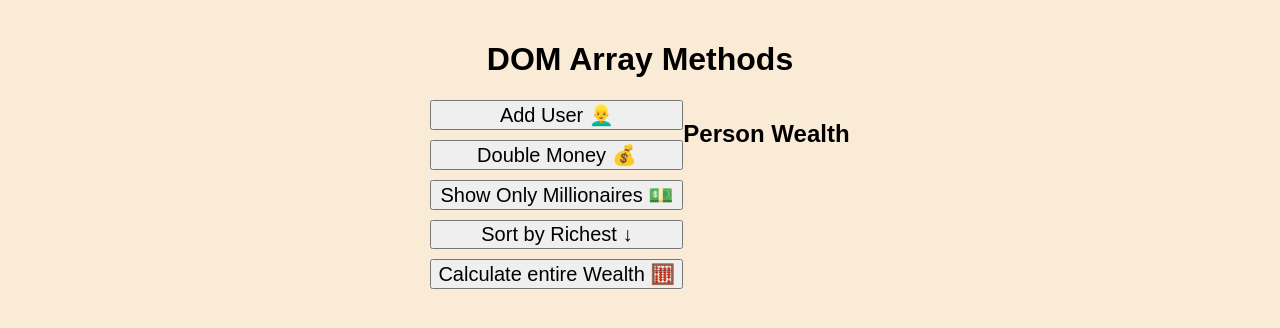
Repository: AbrorjonKuchkarov/DOM-Array-Methods
Page: index.html
These files come from the project's save history. The page is drawn as it stood at one moment and after the next save; the edit follows.
The browser window is 1280 px wide. The pictures show the whole page.

Above is the page before, as saved 2022-02-24 15:36:44.

After the next save:
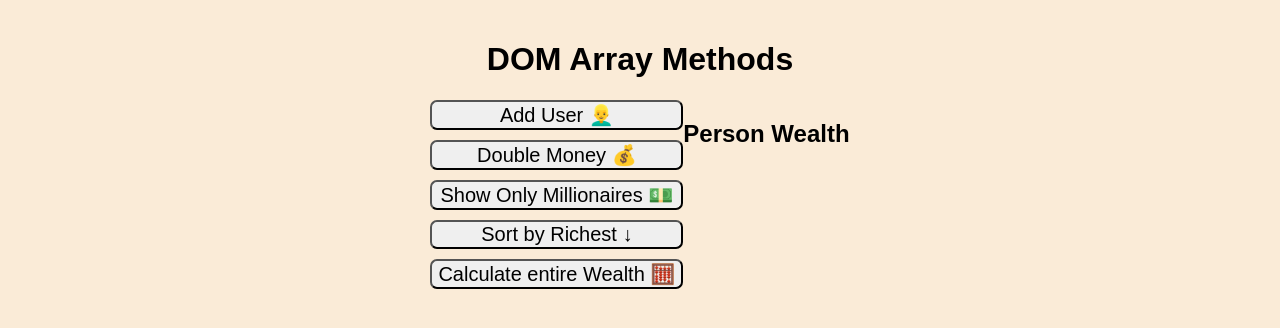
Saved 23 s later.
--- a/style.css
+++ b/style.css
@@ -23,4 +23,5 @@ button {
    width: 100%;
    font-size: 20px;
    margin-bottom: 10px;
+   border-radius: 7px;
 }
